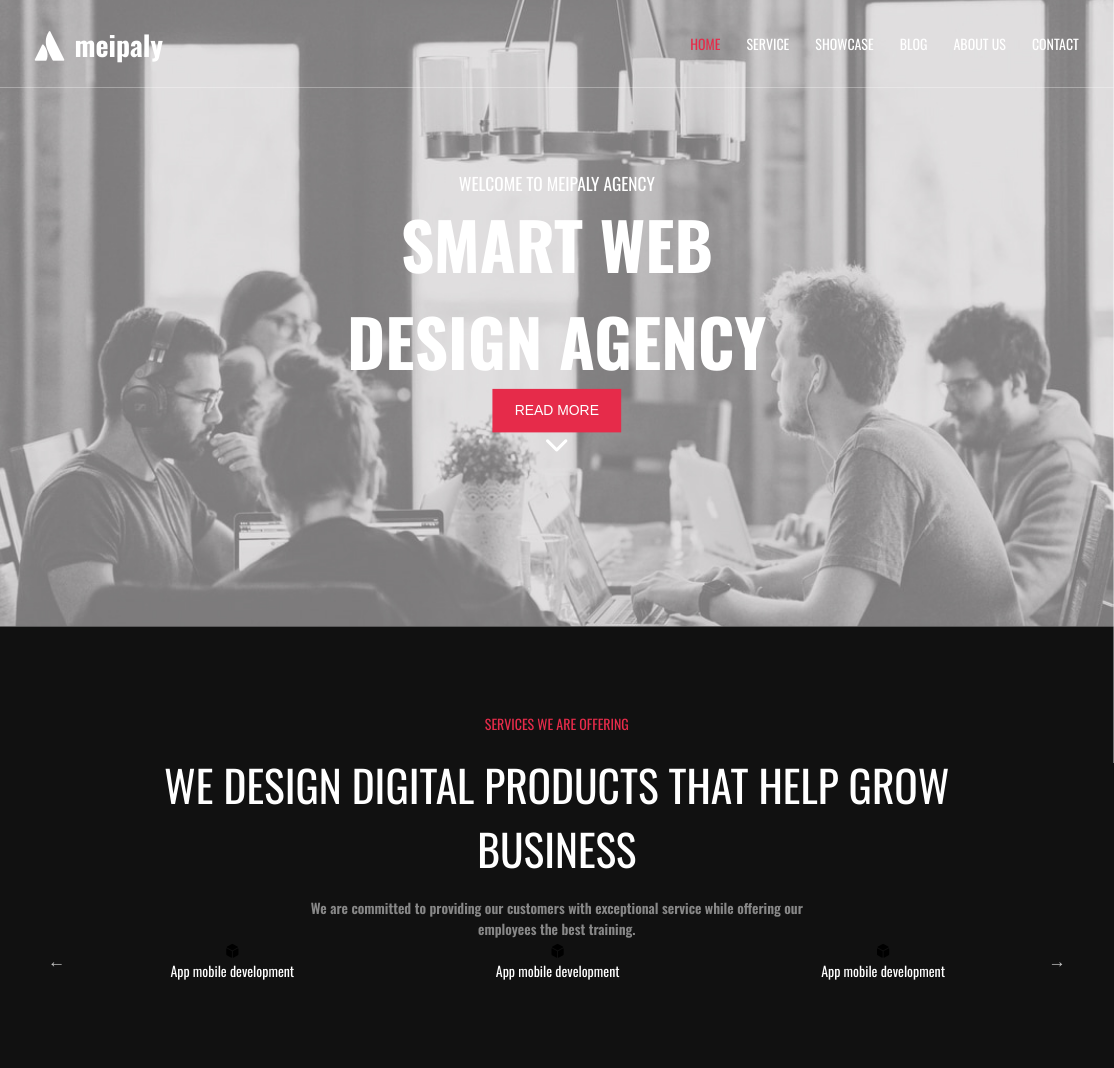
Repository: trminhphuc1504/meipaly
Page: meipaly.html
The author's editor kept a copy of each file at every save. The page is drawn from the files as they stood at one save, then again after the next save.
The browser window is 1280 px wide. The pictures show the whole page, at 87% of full size.
Some web fonts or font styles are not loaded; a fallback is used. Some web libraries are served in a nearby version.

Above is the page before, as saved 2024-08-19 17:11:04.

After the next save:
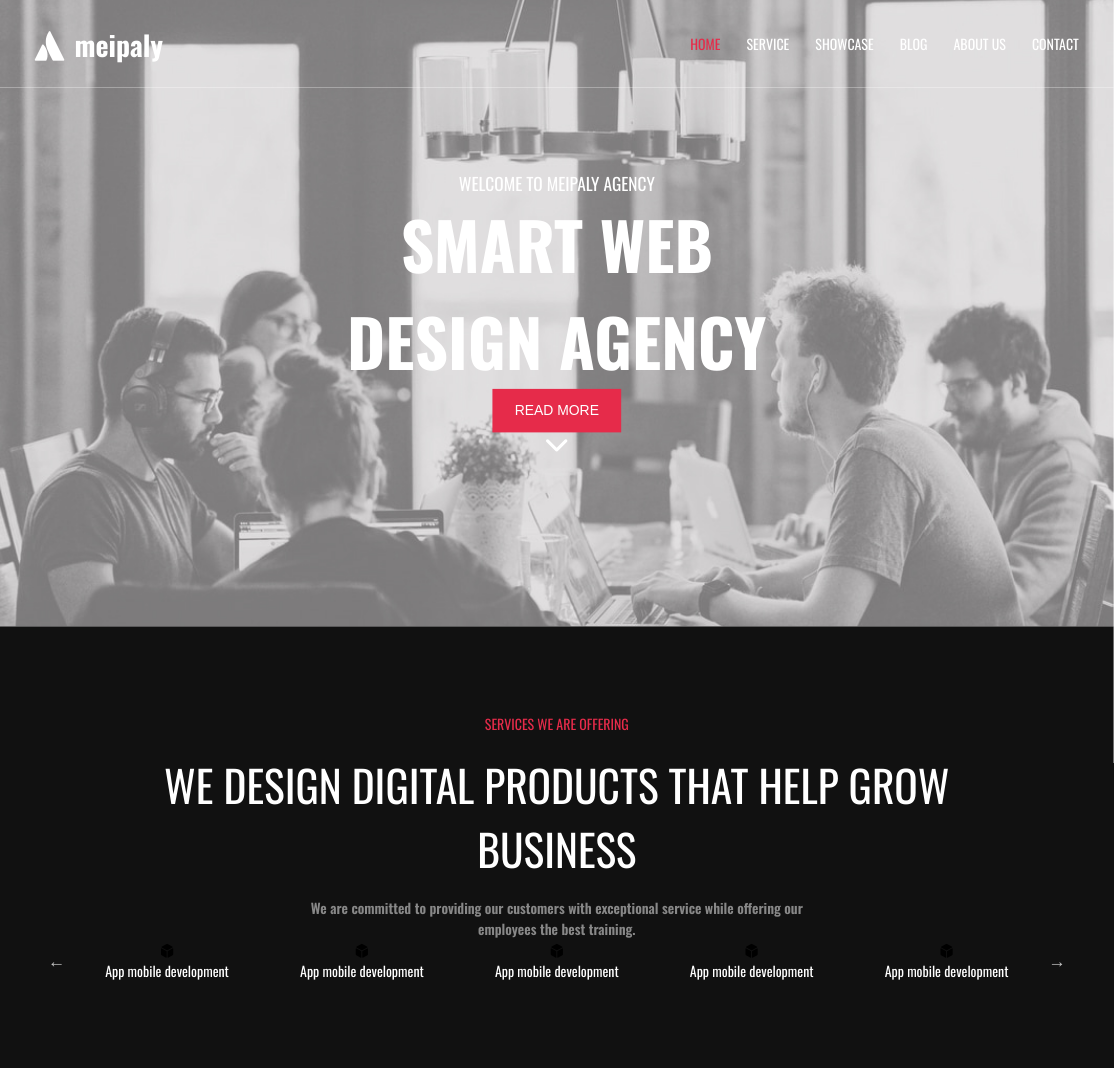
Saved 57 s later.
--- a/meipaly.html
+++ b/meipaly.html
@@ -118,7 +118,7 @@
         //Chạy vòng tròn
         infinite: true,
         //số lượng item hiển thị
-        slidesToShow: 3,
+        slidesToShow: 5,
         slidesToScroll: 3,
       });
     </script>
